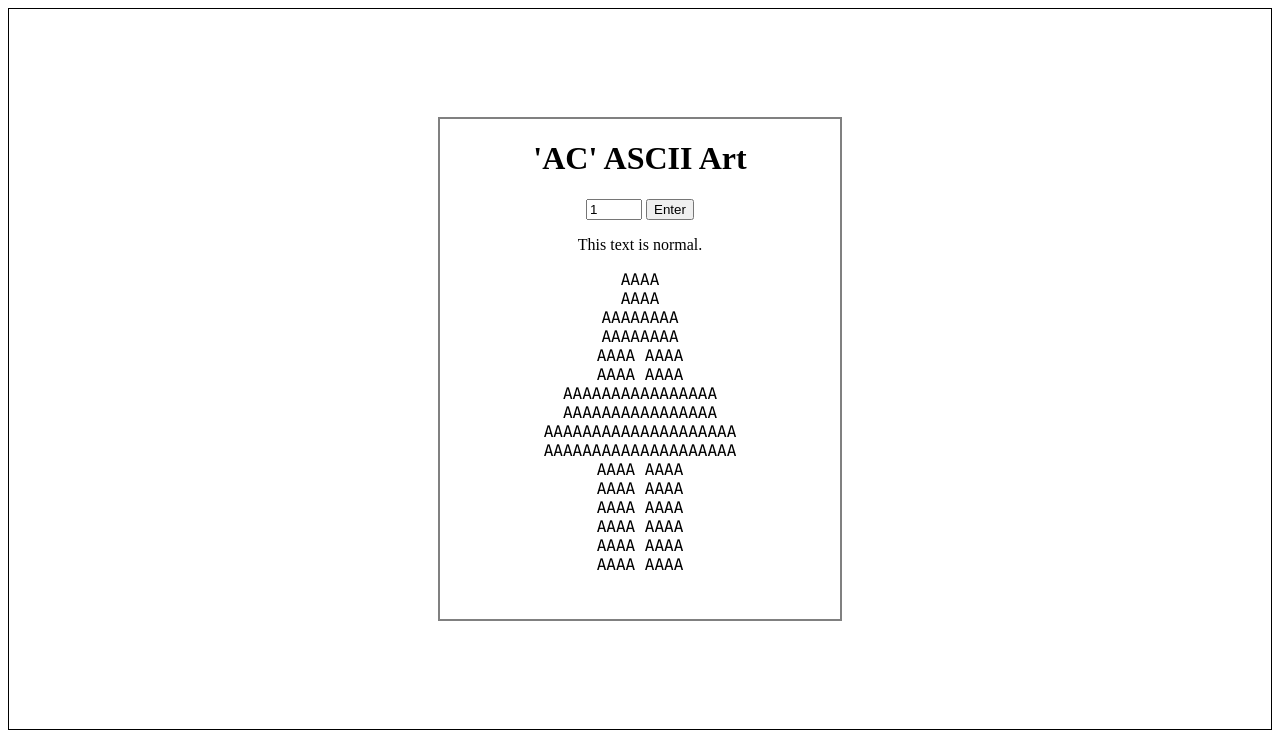
Repository: Achorn/ascii-art
Page: index.html
An editor plug-in stored every save of this project. The page is shown before and after the next save, followed by the edit.
The browser window is 1280 px wide. The pictures show the whole page.

Above is the page before, as saved 2021-08-09 13:59:08.

After the next save:
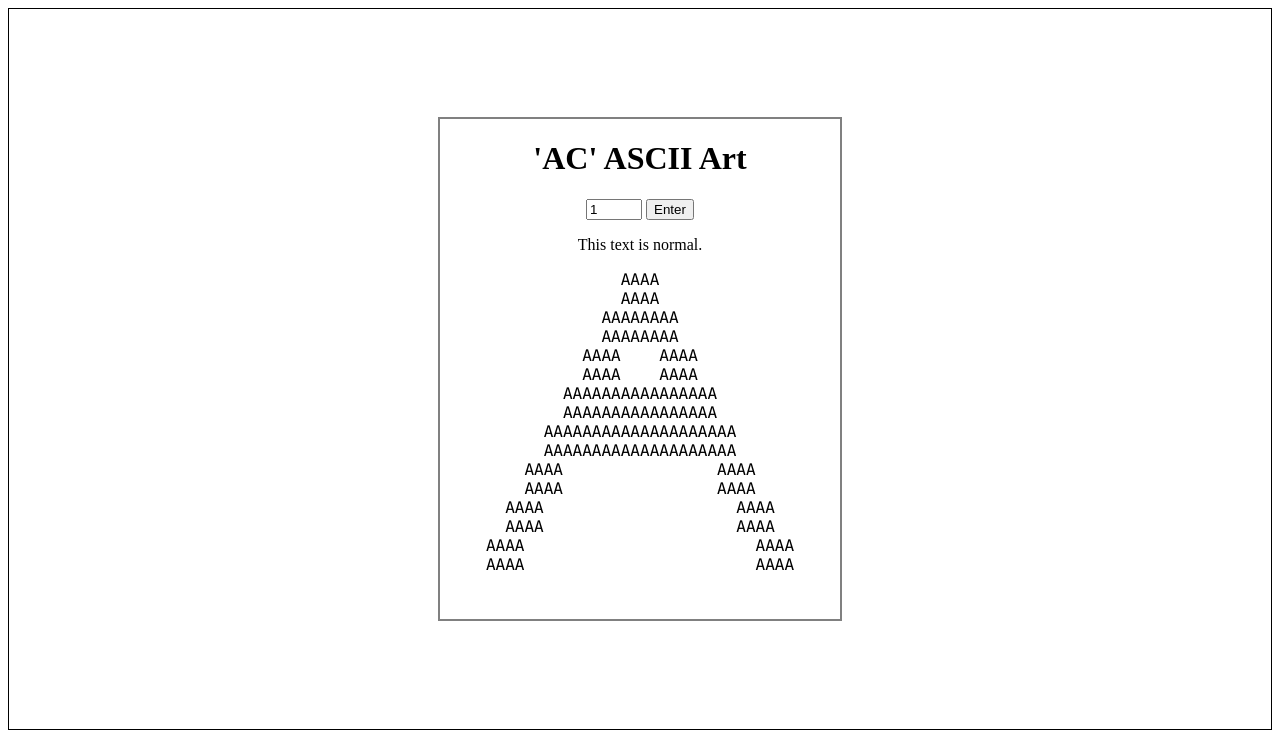
Saved 7 s later.
--- a/styles.css
+++ b/styles.css
@@ -17,6 +17,6 @@ form {
 .ascii {
   border-radius: 1px solid black;
 }
-.mono {
+#mono {
   white-space: pre;
 }
